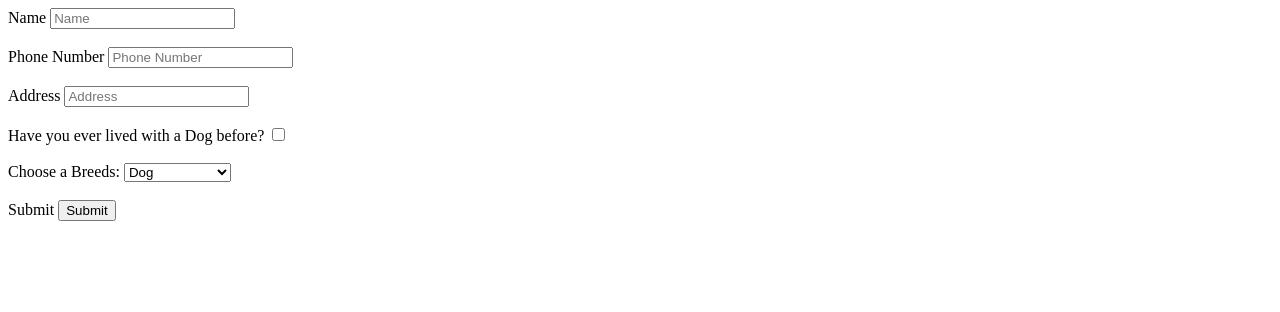
Repository: acciojob/dog-adoption-application-vandanayadav15
Page: main.html
The author's editor kept a copy of each file at every save. The page is drawn from the files as they stood at one save, then again after a run of saves.
The browser window is 1280 px wide. The pictures show the whole page.

Above is the page before, as saved 2022-10-14 11:30:37.

After the next 2 saves:
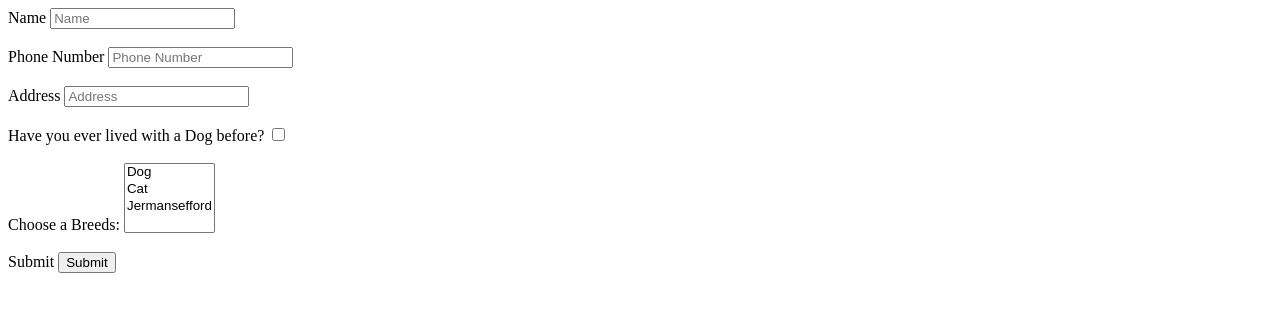
The 2 saves are shown as one change because they came seconds apart.
The last was saved 7 s later.
--- a/main.html
+++ b/main.html
@@ -18,7 +18,7 @@
 		<label for="dog"> Have you ever lived with a Dog before?</label>
 		<input type="checkbox" id="checkbox" value="Have you ever lived with a Dog before?"><br><br>
 		<label for="breed">Choose a Breeds:</label>
-		<select id="multiselect" name="Please select your preferred breeds" >
+		<select id="multiselect" name="Please select your preferred breeds" multiple>
 			<option>Dog</option>
 			<option>Cat</option>
 			<option>Jermansefford</option>
